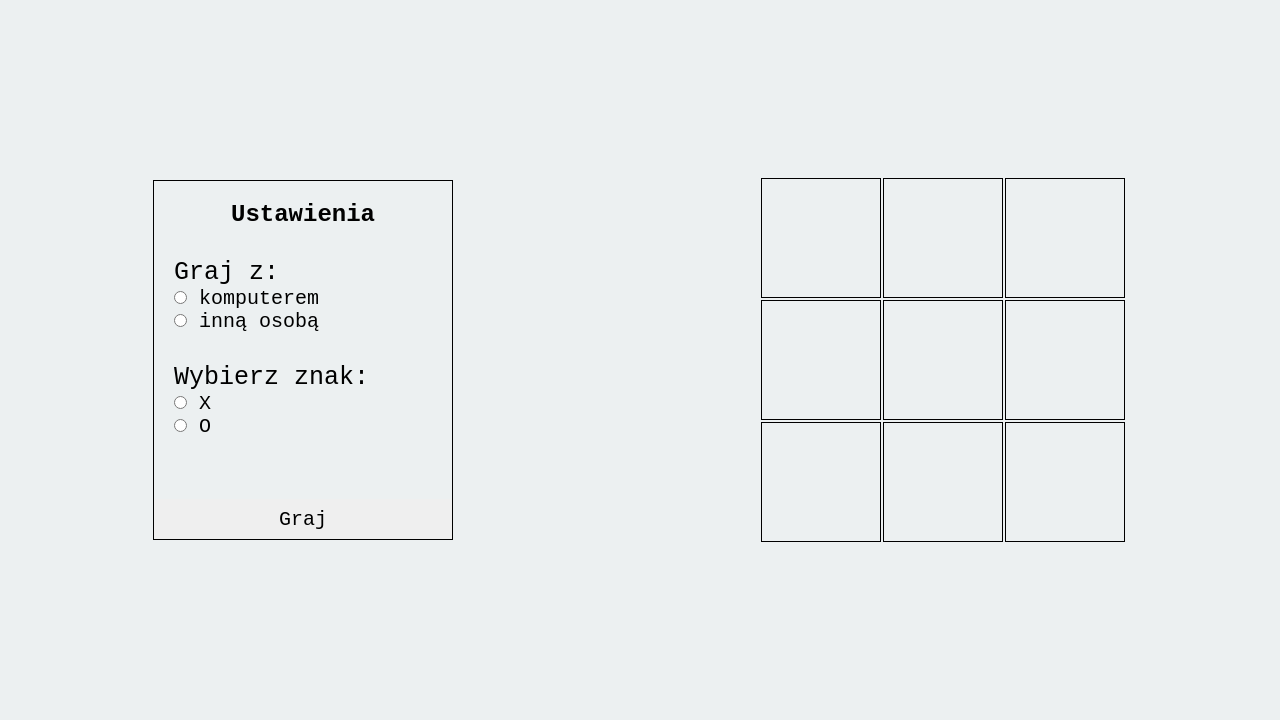
Repository: SebastianArmata22/Tic-Tac-Toe
Page: index.html
An editor plug-in stored every save of this project. The page is shown before and after the next save, followed by the edit.
The browser window is 1280 px wide. The pictures show the whole page.
Some web fonts or font styles are not loaded; a fallback is used.

Above is the page before, as saved 2020-11-03 14:42:42.

After the next save:
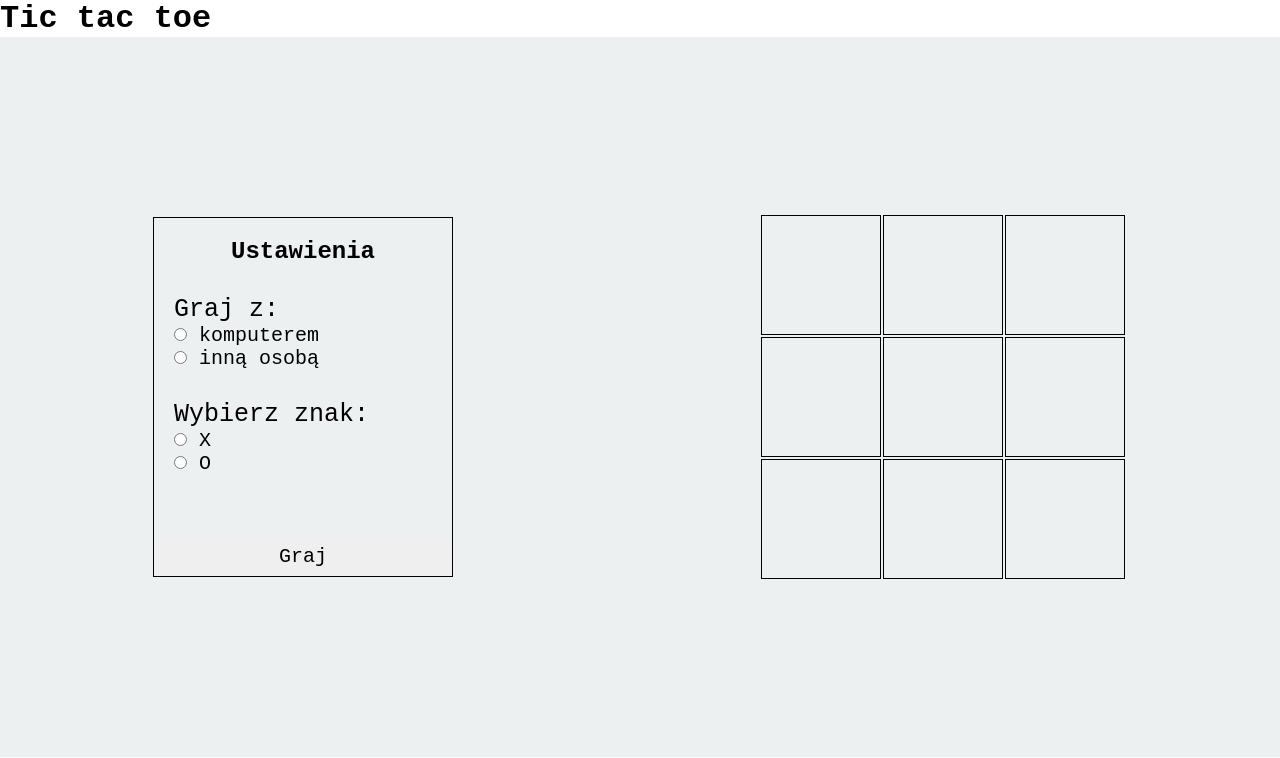
Saved 3 min 54 s later.
--- a/index.html
+++ b/index.html
@@ -9,7 +9,9 @@
         <link rel="stylesheet" href="style.css">
     </head>
     <body>
-
+        <div>
+            <h1>Tic tac toe</h1>
+        </div>
         <div class="main-content">
             <div class="settings-div">
                 <h2>Ustawienia</h2>
--- a/style.css
+++ b/style.css
@@ -55,7 +55,7 @@ transition: all 0.5s ease-out;
 }
 .choice p{
     font-size: 25px;
-    font-weight: 6000;
+
 }
 .choice label{
     font-size: 20px;
